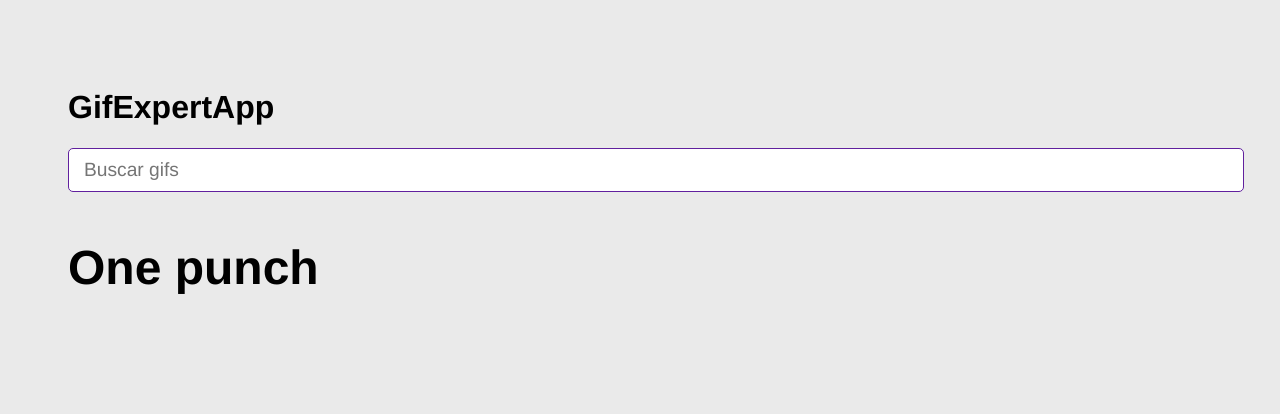
Repository: mmg0206/react-gif-expert
Page: /
The author's editor kept a copy of each file at every save. The page is drawn from the files as they stood at one save, then again after the next save.
The browser window is 1280 px wide. The pictures show the whole page.
The page's requests for data from a server got no answer. The project was rebuilt for these pictures with package versions that can differ from the ones it lists, and the page was loaded fresh each time. No one was signed in, and anything a server would have sent is missing. Also part of the build but not shown: vite.config.js.

Above is the page before, as saved 2024-04-16 10:07:32.

### src/main.jsx
import React from 'react'
import ReactDOM from 'react-dom/client'
import { GifExpertApp } from './GifExpertApp.jsx'
import './styles.css';

if (import.meta.hot) {
  import.meta.hot.on(
    "vite:beforeUpdate",
    /* eslint-disable-next-line no-console */
    () => console.clear()
  );
}

ReactDOM.createRoot(document.getElementById('root')).render(
  // <React.StrictMode>
    <GifExpertApp/>
  // </React.StrictMode>
)

### src/GifExpertApp.jsx
import { useState } from "react";
import {AddCategory} from "./components/AddCategory";
import GifGrid from "./components/GifGrid";

export const GifExpertApp = () => {
  // const apiKey ='Ls33XwmjLip5m9fo9lFfzjgpz7a8Isa8';
  const [categories, setCategories] = useState(['One punch']);

  const onAddCategory = (newValue)=>{
    if(categories.includes(newValue)) return;
    setCategories(categories.concat(newValue));
  }


  return (
    <>
      <h1>GifExpertApp</h1>

      <AddCategory
        onNewCategory={ event => onAddCategory(event)}
      />

      {
        categories.map( category =>(<GifGrid key={category} category={category}/>))
      }

    </>
  )
}

### src/components/AddCategory.jsx
import { useState } from "react"

export const AddCategory = ({onNewCategory}) => {
    const [inputValue, setInputValue] = useState('');

    const onInputChange = ({target})=>{
        setInputValue(target.value)
    }

    const onSubmit = (event) =>{
        event.preventDefault();
        if(inputValue.trim().length <=1) return;
        onNewCategory(inputValue.trim());
        setInputValue('');
    }

    return (
        <form onSubmit={(e)=>onSubmit(e)}>
            <input
                type="text"
                placeholder="Buscar gifs"
                value={inputValue}
                onChange={(e)=>onInputChange(e)}
            />
        </form>
    )
}

### src/components/GifGrid.jsx
import { getGifs } from "../helpers/getGifs"

const GifGrid = ({category}) => {


  getGifs(category);

  return (
    <>
      <h3>{category}</h3>
    </>
  )
}

export default GifGrid

### src/helpers/getGifs.js
export const getGifs = async (category) =>{

    const url=`http://api.giphy.com/v1/gifs/search?api_key=Ls33XwmjLip5m9fo9lFfzjgpz7a8Isa8&q=${category}&limit=20`;
    const resp = await fetch(url);
    const {data} = await resp.json();

    const gifs = data.map( img => ({
      id: img.id,
      title: img.title,
      url: img.images.downsized_medium.url
    }))
    console.log(gifs);
    return gifs;
}

Loaded but not shown: index.html (common file); src/styles.css (common file)

After the next save:
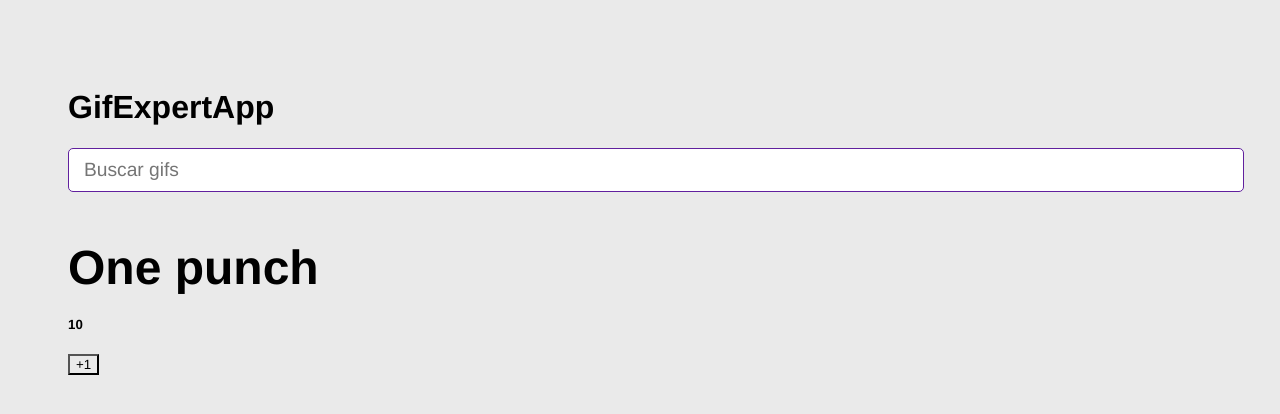
Saved 51 min 18 s later.
--- a/src/components/GifGrid.jsx
+++ b/src/components/GifGrid.jsx
@@ -1,13 +1,20 @@
+import { useEffect, useState } from "react";
 import { getGifs } from "../helpers/getGifs"
 
 const GifGrid = ({category}) => {
 
+  const [counter, setCounter] = useState(10);
 
-  getGifs(category);
+  useEffect(()=>{
+    getGifs(category);
+  },[ ]);
+
 
   return (
     <>
       <h3>{category}</h3>
+      <h5>{counter}</h5>
+      <button onClick={()=>setCounter(counter + 1)}>+1</button>
     </>
   )
 }
